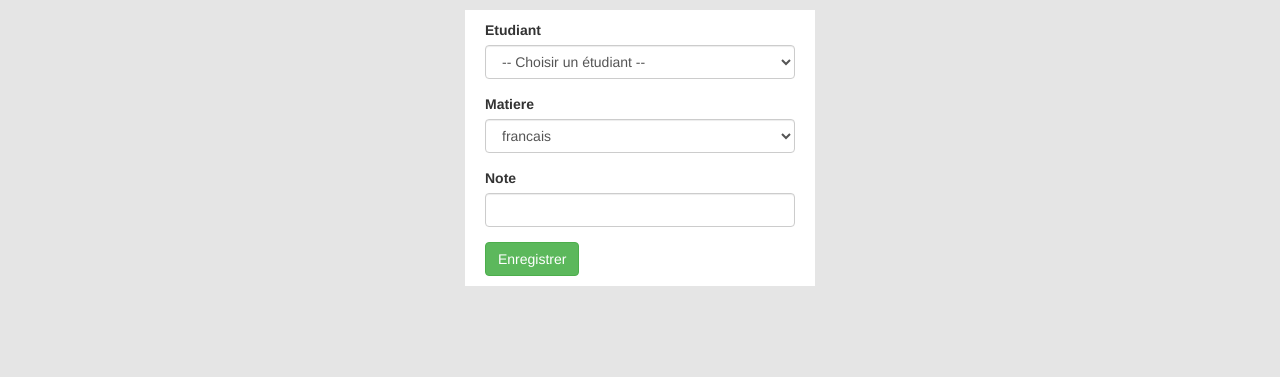
Repository: mitantsoa1/CRUD-note
Page: http://localhost/note
An editor plug-in stored every save of this project. The page is shown before and after the next save, followed by the edit.
The browser window is 1280 px wide. The pictures show the whole page.
The page is run by PHP 8.4 with error messages shown; the project is at /var/www/html/. The database holds what the project's SQL file puts in it.

Above is the page before, as saved 2021-02-12 20:05:13.
Console error: SyntaxError: Unexpected token '<'

### index.php
<?php

require_once ("Controls/Controllers.class.php");
// require_once ("Models/Database.class.php");
// Database::init("localhost","stage","root","");

if(isset($_GET['action'])){
    if(method_exists("Controllers",$_GET['action'])){
        $reflect = new ReflectionMethod("Controllers",$_GET['action']);
        $class = "Controllers";
        $reflect -> invoke(new $class);
    }else{
        Controllers::loadView("erreur.php");
    }
}else{
    Controllers::loadView("indexView.php");
}

?>

### Controls/Controllers.class.php
<?php
	class Controllers{

		public static function loadView($page){
			$page = htmlspecialchars(trim($page)) ;
			include("Views/".$page) ;
		}
		public function index(){
			Controllers::loadView("indexView");
		}
		// pour inclure les portions de page
		public static function includeTemplate($template)
		{
			$template = htmlspecialchars(trim($template));
			include "Views/template_parts/" . $template;
		}
		// inclure du JavaScript
		public static function includeJS($fields)
		{
			$script = "";
			for ($i = 0; $i < count($fields) - 1; $i++) {
				$code = htmlspecialchars(trim($fields[$i]));
				$script .= '<script src="Publics/js/' . $code . '.js"></script>' . "\n\t";
			}
			if ($i == count($fields) - 1) {
				$code = htmlspecialchars(trim($fields[count($fields) - 1]));
				$script .= '<script src="Publics/js/' . $code . '.js"></script>' . "\n";
			}
			echo $script;
		}
		// inclure du CSS
		public static function includeCSS($fields)
		{
			$css = "";
			for ($i = 0; $i < count($fields) - 1; $i++) {
				$code = htmlspecialchars(trim($fields[$i]));
				$css .= '<link rel="stylesheet" href="Publics/css/' . $code . '.css">' . "\n\t";
			}
			if ($i == count($fields) - 1) {
				$code = htmlspecialchars(trim($fields[count($fields) - 1]));
				$css .= '<link rel="stylesheet" href="Publics/css/' . $code . '.css">' . "\n";
			}
			echo $css;
		}

		public function note(){
			Controllers::loadView("gestion_note.php");
		}
		public function matiere(){
			Controllers::loadView("matiere.php");
		}
	}

 ?>

### Views/gestion_note.php
<?php
    include('Models/Database.class.php');
    $db = new Database();
    $tab = $db->select("etudiant")
               ->execute(null);

    $table = $db->select("matiere")
                ->execute(null);
?>
<!DOCTYPE html>
<html lang="en">
    <head>
        <meta charset="UTF-8">
        <meta http-equiv="X-UA-Compatible" content="IE=edge">
        <meta name="viewport" content="width=device-width, initial-scale=1.0">
        <title>gestion des notes</title>
        <?php
            Controllers::includeCSS(["all","bootstrap.min","sweetalert2.min","style"]);
        ?>
    </head>
    <body>

        <div class="container gestion-content">
            <form action="" id="form_gestion">
                <input type="hidden" id="id_gestion">
                <div class="form-group">
                    <label for="">Etudiant</label>
                    <select id="etudiant_gestion" class="form-control">
                        <option value="choisir" selected>-- Choisir un étudiant --</option>
                        <?php

                            for($i=0;$i<count($tab);$i++){
                                       echo' <option value="'.$tab[$i]->id.'">'.$tab[$i]->nom.' '.$tab[$i]->prenom.'</option>
                                ';

                            }

                        ?>
                    </select>
                </div>
                <div class="form-group">
                    <label for="">Matiere</label>
                    <select id="matiere_gestion" class="form-control">
                        <!-- <option value="choisir" selected>-- Choisir un étudiant --</option> -->
                        <?php

                            for($i=0;$i<count($table);$i++){
                                       echo' <option value="'.$table[$i]->nom_matiere.'">'.$table[$i]->nom_matiere.'</option>
                                ';

                            }

                        ?>
                    </select>
                </div>
                <div class="form-group">
                <label for="">Note</label>
                    <input type="number" id="note_gestion" class="form-control">
                </div>

                <a href="#" class="btn btn-success" id="btn_gestion">Enregistrer</a>
                <a href="#" id="btn_gestion_modif" class="hide btn btn-success">Modifier</a>
            </form>
        </div>
        <div class="container affiche"></div>

        <?php
        Controllers::includeJS(["jquery","bootstrap.min","all","sweetalert2.min","gestion"]);
        ?>
    </body>
</html>

### Models/Database.class.php
<?php
class Database{
	private $query,$nombreParam, $lastTable;
	private static $conn,$host,$base,$user,$pass,$port ;
		// bd = new PDO("mysql:host=localhost;dbname=nom","user","pass")
		// initialisation
	public static function init($hote,$base,$port,$user,$pass) {
		self::$host=htmlspecialchars(trim($hote)) ;
		self::$base=htmlspecialchars(trim($base)) ;
		self::$user=htmlspecialchars(trim($user)) ;
		self::$pass=htmlspecialchars(trim($pass)) ;

	}
	public static function db() {
		$options = array(PDO::MYSQL_ATTR_INIT_COMMAND => 'SET NAMES utf8',
);


		$url ="mysql:host=".self::$host.";port=".self::$port.";dbname=".self::$base;
		if(!isset(self::$conn)) {
			self::$conn = new PDO($url,self::$user,self::$pass,$options);
		}
		return self::$conn ;

	}
		// execution du requete
	public function execute($value=null) {

			// tester s'il y des trous dans les requetes
			// si c'est une requete de selection
		if (strpos($this->query,"SELECT")>-1) {

			if (strpos($this->query,"?")>-1 ){
				$req = self::db()->prepare($this->query) ;
				$req->execute($value) ;
			}
			else {
				$req = self::db()->query($this->query) ;
			}


			return $req->fetchAll(PDO::FETCH_OBJ);
		}
		else {
			if (strpos($this->query,"?")>-1 ){
				$req = self::db()->prepare($this->query) ;
				$req->execute($value) ;

			}
			else {
				self::db()->query($this->query) ;
			}


			return 0 ;
		}



	}
	public function getQuery() {
		echo $this->query ;
	}
	public function select($table){
		$table=htmlspecialchars(trim($table)) ;
		$this->query = "SELECT * FROM ".$table ;
		$this->lastTable =$table ;
		return $this ;
	}
	public function where($id,$operateur){
		$this->query .= " WHERE ".$id."".$operateur."?";

		return $this ;
	}
	public function et($id,$operateur) {
		$this->query .= " AND ".$id."".$operateur."?";

		return $this ;
	}
	public function ou($id,$operateur) {
		$this->query .= " OR ".$id."".$operateur."?";

		return $this ;
	}
		// insertion
	public function insert($table) {
		$this->query="INSERT INTO ".$table ;
		return $this ;
	}
	// mise à jours
	public function update($table) {
		$this->query="UPDATE ".$table ;
		return $this ;
	}
	public function parametters($fields) {
		if (strpos($this->query,"INSERT")>-1){
			// insertion
			$listeFields="(" ;
			$valeur="VALUES (" ;
			for ($i=0; $i <count($fields) ; $i++) {
				$listeFields.=$fields[$i]."," ;
				$valeur.="?," ;
			}

			$listeFields=trim($listeFields,",").")" ;

			$valeur=trim($valeur,",").")" ;
			$this->query.=" ".$listeFields ;
			$this->query.=" ".$valeur ;
		}
		else if (strpos($this->query,"UPDATE")>-1){
			$listeFields="SET " ;
			for ($i=0; $i <count($fields); $i++) {
				$listeFields.=$fields[$i]."=?," ;
			}
			$listeFields=trim($listeFields,",") ;
			$this->query.=" ".$listeFields ;
		}

		return $this ;
	}

		// suppréssion
	public function delete($table) {
		$table=htmlspecialchars(trim($table)) ;
		$this->query=" DELETE FROM ".$table;
		return $this ;
	}
	public function order($param) {
		$this->query.=" ORDER BY " ;
		$listeOrder="" ;
		foreach ($param as $key => $value) {
			$listeOrder.=$key. " ".$value."," ;
		}
		$listeOrder=trim($listeOrder,",") ;
		$this->query.=$listeOrder ;
		return $this ;
	}
	public function inner($table2,$id1) {
		$table2=htmlspecialchars(trim($table2)) ;
		$id1= htmlspecialchars(trim($id1)) ;

		$this->query.=" INNER JOIN ".$table2." ON ".$this->lastTable.".".$id1."=".$table2.".".$id1 ;
		$this->lastTable=$table2;
		return $this;
	}
	// inner join id différent
	public function innerD($table2,$id1,$id2) {
		$table2=htmlspecialchars(trim($table2)) ;
		$id1= htmlspecialchars(trim($id1)) ;

		$this->query.=" INNER JOIN ".$table2." ON ".$this->lastTable.".".$id1."=".$table2.".".$id2 ;
		$this->lastTable=$table2;
		return $this;
	}
	public function sum($table,$fields) {
		$fields = htmlspecialchars(trim($fields)) ;
		$table = htmlspecialchars(trim($table)) ;
		$this->query="SELECT SUM(".$fields.") AS somme FROM ".$table ;
		return $this ;
	}
	// selection avec paramètre
	public function selectParam($table,$listeFields) {
		$reqBase ="SELECT " ;
		for ($i=0; $i <count($listeFields) ; $i++) {
			$reqBase.=$listeFields[$i]."," ;
		}
		$this->query = trim($reqBase,",")." FROM ".$table;
		return $this ;


	}
	public function customSelect($requete) {
		$req = self::db()->query($requete) ;

		return $req->fetchAll(PDO::FETCH_OBJ);
	}

}
	Database::init("localhost","scolarite","3306","root","");

	//ALTER TABLE `note` ADD `francais` IF NOT EXISTS DOUBLE NOT NULL DEFAULT '0.0'
// $db = new Database();
// //  $tab = $db->select("note")
                //  $db->select("note")
                //     ->inner("etudiant","id")
				// 	->getQuery();
?>

### Views/erreur.php
<!DOCTYPE html>
<html lang="fr">
<head>
    <meta charset="UTF-8">
    <meta name="viewport" content="width=device-width, initial-scale=1.0">
    <title>Page invalide</title>
</head>
<body>
    <h1>ERROR 404</h1>

        <p>Cette page n'est pas disponible</p>
</body>
</html>

### Publics/css/style.css
body {
    margin: 0;
    padding: 0;
    background: rgba(0, 0, 0, .1);
}

.content {
    width: 50vw;
    min-width: 300px;
    background: white;
    padding: 10px 20px 0 !important;
    margin: 10px auto;
    border: white 1px solid !important;
    border-radius: 10px !important;
}

.content .titre {
    padding: 0;
    margin: 0;
}

.boutton {
    display: block;
    margin: 0 auto;
    width: 100px;
}

#btn_modification {
    margin-left: 30%;
}

.table_etudiant {
    position: relative;
    height: auto;
    max-height: 150px;
    overflow: auto;
}

.table_etudiant thead {
    position: sticky;
    top: 0;
    background: black;
    color: white;
}

.content-note {
    min-width: 300px;
    background: white;
    padding: 0px 0px 10px 20px !important;
    margin: 10px auto;
    border: white 1px solid !important;
    border-radius: 10px !important;
}

.note-content {
    width: 50vw;
    min-width: 300px;
    background: white;
    padding: 0px 50px 0 !important;
    margin: 10px auto;
    border: white 1px solid !important;
    border-radius: 10px !important;
}

.note-content label,
.note-content input {
    display: inline-block;
    width: 040%;
}

.note-content select {
    display: inline-block;
    width: auto;
    max-width: 50%;
}

.note-content #b_note,
.note-content #b_matiere_modif {
    margin-left: 035%;
}

.gestion-content {
    width: 350px;
    padding: 10px 20px;
    background: white;
    margin: 10px auto;
}

### Publics/js/gestion.js
function note() {
    var $etudiant = $('#etudiant_gestion').val();
    var data = "etudiant=" + $etudiant;
    $.ajax({
        url: "Controls/note.class.php",
        type: "POST",
        data: data,
        datatype: "json",
        success: function(data) {
            if (data.length > 0) {
                var table_affichage = "<div class=' m-t-10'> <table class='table table-striped  m-t-10' style='position: relative !important;'><thead style='position: sticky !important;z-index: 1000;'><th>Nom </th><th>Prenom </th><th>Matiere </th><th>Note </th><th>Actions</th></thead><tbody>";
                for (var i = 0; i < data.length; i++) {
                    table_affichage = table_affichage + "<tr><td>" + data[i].nom + "</td><td>" + data[i].prenom + "</td><td>" + data[i].matiere + "</td><td>" + data[i].note + "</td><td><a href='#' class=' glyph'  data-toggle='tooltip' data-placement='bottom' title='effacer' onclick='supr_note(" + data[i].id_note + ")'> <i class='fa fa-trash'></i></a><a href='#' class='glyph' data-toggle='tooltip'  data-placement='bottom' title='modifier' onclick='modif_note(" + data[i].id_note + ")'> <i class='fa fa-edit'></i></a>";
                }
                table_affichage = table_affichage + "</td></tr></tbody></table></div>";

                $('.affiche').html(table_affichage);
            } else {
                $('.affiche').html("<h3>Choisir un étudiant</h3>");
            }
        }
    })
}


$('#etudiant_gestion').on('change', function() {
    var $etudiant = $('#etudiant_gestion').val();
    var data = "etudiant=" + $etudiant;
    $.ajax({
        url: "Controls/note.class.php",
        type: "POST",
        data: data,
        datatype: "json",
        success: function(data) {
            if (data.length > 0) {
                var table_affichage = "<div class=' m-t-10'> <table class='table table-striped  m-t-10' style='position: relative !important;'><thead style='position: sticky !important;z-index: 1000;'><th>Nom </th><th>Prenom </th><th>Matiere </th><th>Note </th><th>Actions</th></thead><tbody>";
                for (var i = 0; i < data.length; i++) {
                    table_affichage = table_affichage + "<tr><td>" + data[i].nom + "</td><td>" + data[i].prenom + "</td><td>" + data[i].matiere + "</td><td>" + data[i].note + "</td><td><a href='#' class=' glyph'  data-toggle='tooltip' data-placement='bottom' title='effacer' onclick='supr_note(" + data[i].id_note + ")'> <i class='fa fa-trash'></i></a><a href='#' class='glyph' data-toggle='tooltip'  data-placement='bottom' title='modifier' onclick='modif_note(" + data[i].id_note + ")'> <i class='fa fa-edit'></i></a>";
                }
                table_affichage = table_affichage + "</td></tr></tbody></table></div>";

                $('.affiche').html(table_affichage);
            } else {
                $('.affiche').html("<h3>Choisir un étudiant</h3>");
            }
        }
    })
})

$(document.body).on('click', '#btn_gestion', function() {
    var $etud = $('#etudiant_gestion').val();
    var $mat = $('#matiere_gestion').val();
    $note = $("#note_gestion").val();

    var data = "etud=" + $etud + "&mat=" + $mat + "&note=" + $note;
    $.ajax({
        url: "Controls/note.class.php",
        type: "POST",
        data: data,
        datatype: "json",
        success: function(data) {
            if (data == "ok") {
                Swal.fire({
                    position: "center",
                    icon: "success",
                    title: "succes!"
                });
                note();
                $('#matiere').val("");

            } else if (data == "non") {
                Swal.fire({
                    position: "center",
                    icon: "warning",
                    title: "La matiere existe déjà!"
                });
            } else {
                Swal.fire({
                    position: "center",
                    icon: "error",
                    title: "Erreur de connexion à la base"
                });
            }

        }
    })
})

### scolarite.sql (the tables this page reads)
CREATE TABLE IF NOT EXISTS `etudiant` (
  `id` int(11) NOT NULL AUTO_INCREMENT,
  `nom` varchar(255) NOT NULL,
  `prenom` varchar(255) NOT NULL,
  `date_de_naissance` date NOT NULL,
  `sexe` varchar(30) NOT NULL,
  PRIMARY KEY (`id`)
) ENGINE=MyISAM AUTO_INCREMENT=9 DEFAULT CHARSET=utf8;

INSERT INTO `etudiant` (`id`, `nom`, `prenom`, `date_de_naissance`, `sexe`) VALUES
(5, 'mitantsoa', 'mi', '2021-01-26', 'femme'),
(8, 'rabe', 'be', '2021-01-25', 'femme');

CREATE TABLE IF NOT EXISTS `matiere` (
  `id_matiere` int(11) NOT NULL AUTO_INCREMENT,
  `nom_matiere` varchar(255) NOT NULL,
  PRIMARY KEY (`id_matiere`)
) ENGINE=MyISAM AUTO_INCREMENT=8 DEFAULT CHARSET=utf8;

INSERT INTO `matiere` (`id_matiere`, `nom_matiere`) VALUES
(1, 'francais'),
(7, 'physique'),
(3, 'mathematiques'),
(6, 'Malagasy');

### Controls/note.class.php
<?php
include("../Models/Database.class.php");
$db = new Database();
header('Content-type: application/json');

    if(isset($_POST['etud'])){
        $etud=htmlspecialchars(trim($_POST['etud'])) ;
        $mat =htmlspecialchars(trim($_POST['mat']));
        $note =htmlspecialchars(trim( $_POST['note'])) ;

        $tab = $db->select("note")
                    ->where("id_etudiant","=")
                    ->et("matiere","=")
                    ->execute([$etud,$mat]);

            if(count($tab)>0){
                echo json_encode("non");
            }else{
                $db->insert("note")
                    ->parametters(["id_etudiant","matiere","note"])
                    ->execute([$etud,$mat,$note]);
                echo json_encode("ok");
            }
        ;
    }

    if(isset($_POST['etudiant'])){
        $tab = $db->select("note")
                    ->innerD("etudiant","id_etudiant","id")
                    ->et("id_etudiant","=")
                    ->execute([$_POST['etudiant']]);
        echo json_encode($tab);
    }

?>

Loaded but not shown: Publics/css/all.css (library); Publics/css/bootstrap.min.css (library); Publics/css/sweetalert2.min.css (library); Publics/js/jquery.js (library); Publics/js/bootstrap.min.js (library)

After the next save:
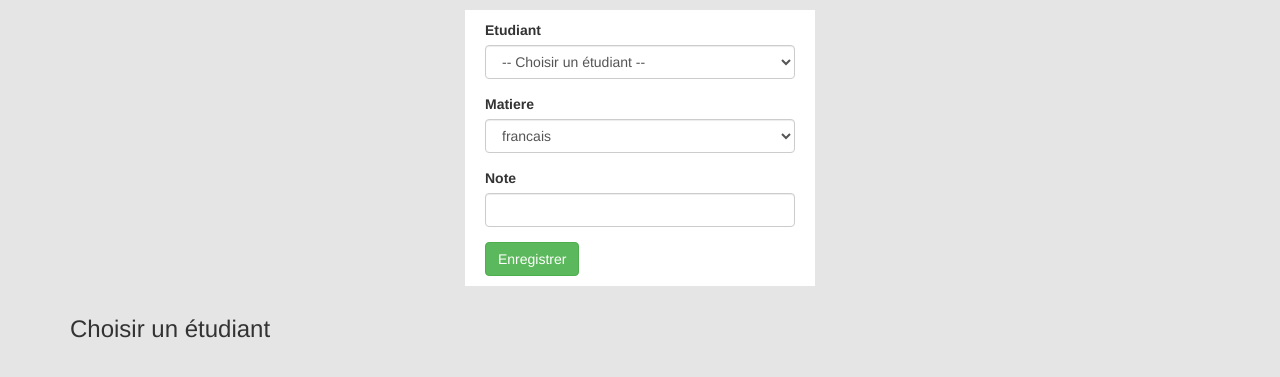
Saved 8 s later.
--- a/Publics/js/gestion.js
+++ b/Publics/js/gestion.js
@@ -21,7 +21,7 @@ function note() {
         }
     })
 }
-
+note();
 
 $('#etudiant_gestion').on('change', function() {
     var $etudiant = $('#etudiant_gestion').val();
